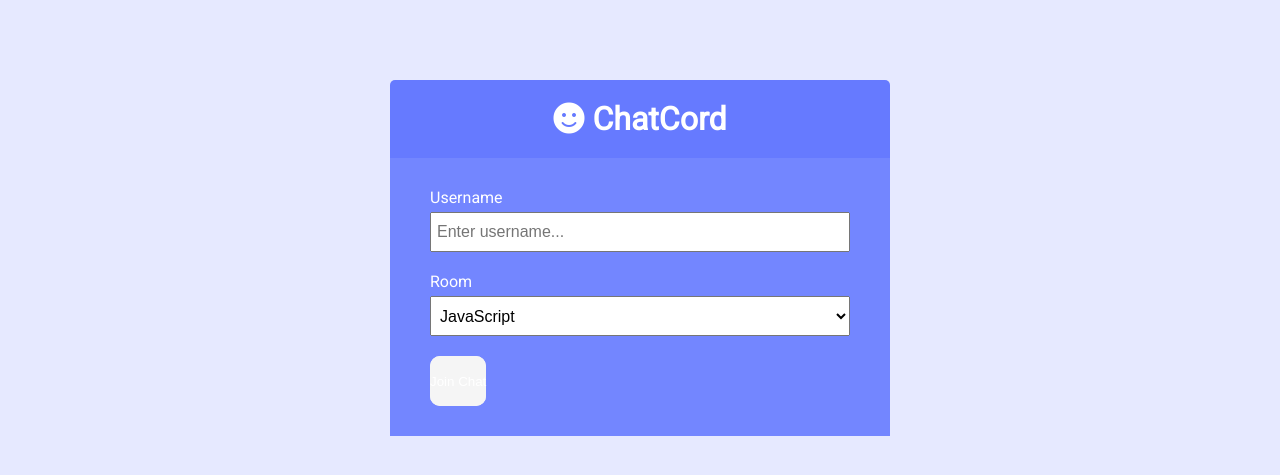
Repository: satyam12116/chat
Page: public/index.html
The author's editor kept a copy of each file at every save. The page is drawn from the files as they stood at one save, then again after the next save.
The browser window is 1280 px wide. The pictures show the whole page.
Some web libraries are served in a nearby version.

Above is the page before, as saved 2023-03-26 10:38:16.

After the next save:
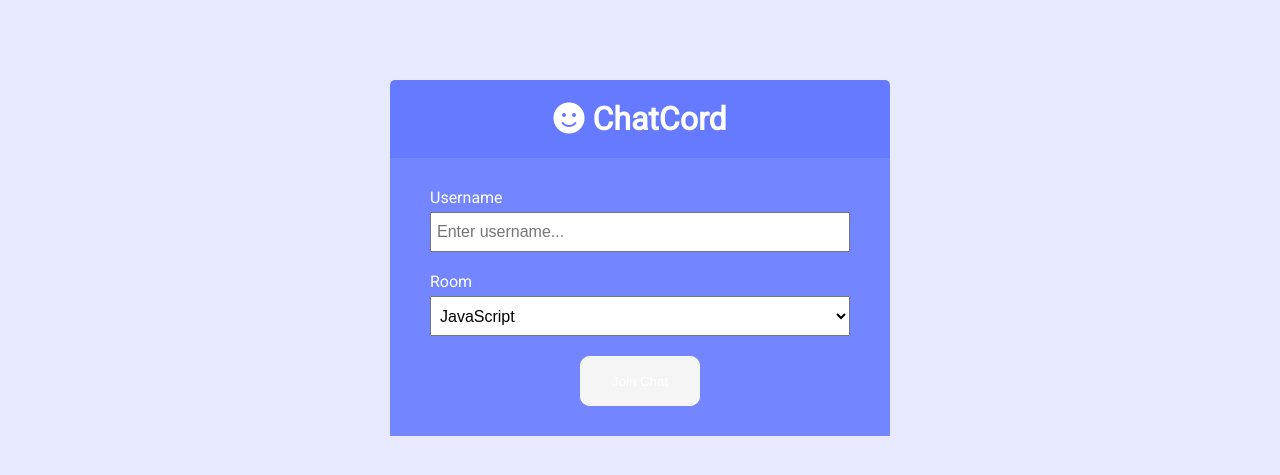
Saved 6 s later.
--- a/public/css/style.css
+++ b/public/css/style.css
@@ -190,7 +190,7 @@ a {
 }
 
 .glow-on-hover {
-	margin-left:
+	margin-left:150px;
     width: 120px;
     height: 50px;
     border: none;
